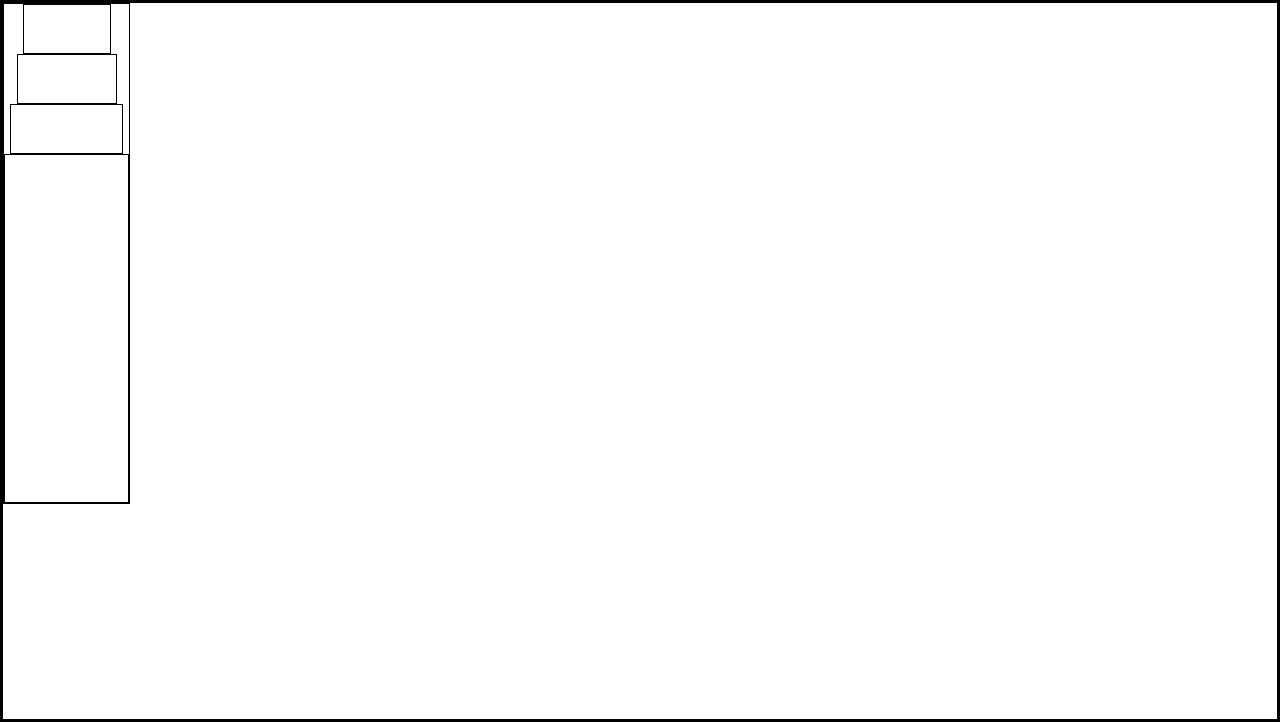
Repository: Lungdjos/city_skyline
Page: index.html
An editor plug-in stored every save of this project. The page is shown before and after a run of saves, followed by the edit.
The browser window is 1280 px wide. The pictures show the whole page.

Above is the page before, as saved 2023-12-11 09:26:03.

### index.html
<!DOCTYPE html>
<html lang="en">

<head>
    <meta charset="UTF-8">
    <meta name="viewport" content="width=device-width, initial-scale=1.0">
    <title>City Skyline</title>
    <link href="styles.css" rel="stylesheet" />
</head>

<body>
    <div class="background-buildings">
        <div class="bb1">
            <div class="bb1a"></div>
            <div class="bb1b"></div>
            <div class="bb1c"></div>
            <div class="bb1d"></div>
        </div>
    </div>
</body>

</html>

### styles.css
* {
    border: 1px solid black;
    box-sizing: border-box;
}

body {
    height: 100vh;
    margin: 0;
    overflow: hidden;
}

.background-buildings {
    width: 100%;
    height: 100%;
}

.bb1 {
    width: 10%;
    height: 70%;
    display: flex;
    flex-direction: column;
    align-items: center;
    --building-color1: #999;
}

.bb1a {
    width: 70%;
    height: 10%;
}

.bb1b {
    width: 80%;
    height: 10%;
}

.bb1c {
    width: 90%;
    height: 10%;
}

.bb1d {
    width: 100%;
    height: 70%;
}

After the next 6 saves:
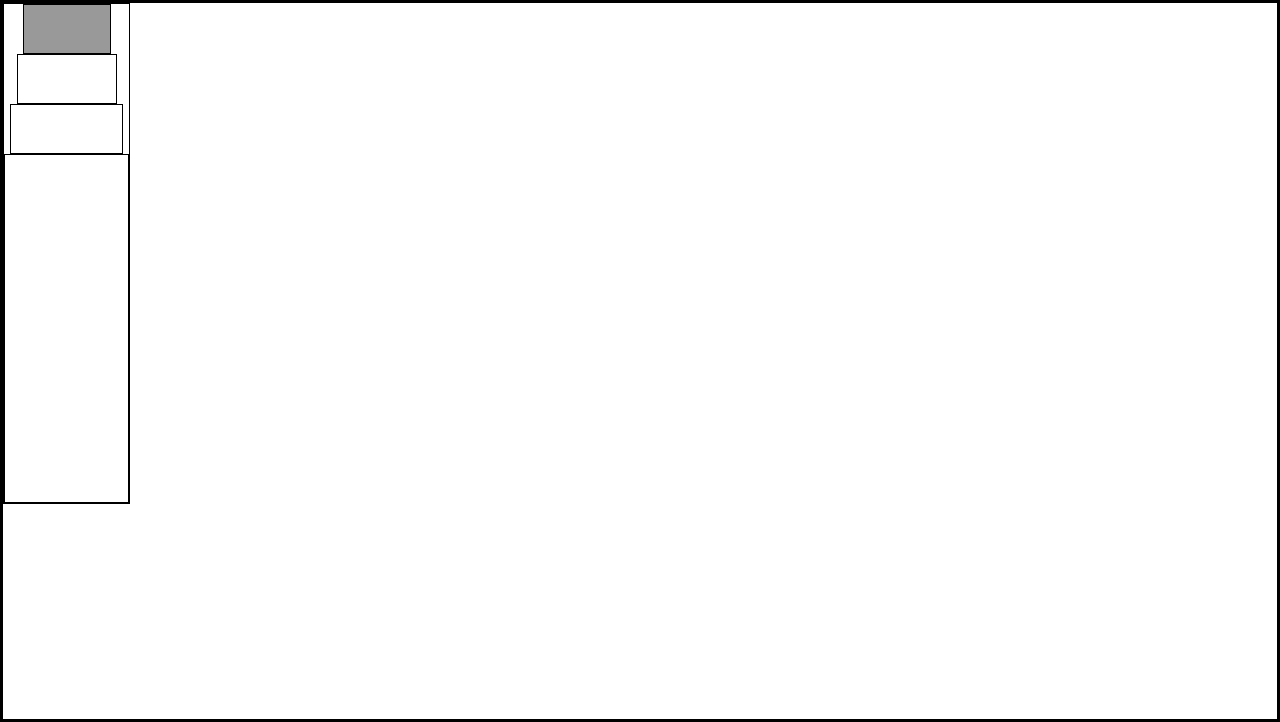
The 6 saves are shown as one change because they came seconds apart.
The last was saved 89 s later.
--- a/styles.css
+++ b/styles.css
@@ -26,6 +26,7 @@ body {
 .bb1a {
     width: 70%;
     height: 10%;
+    background-color: var(--building-color1);
 }
 
 .bb1b {
